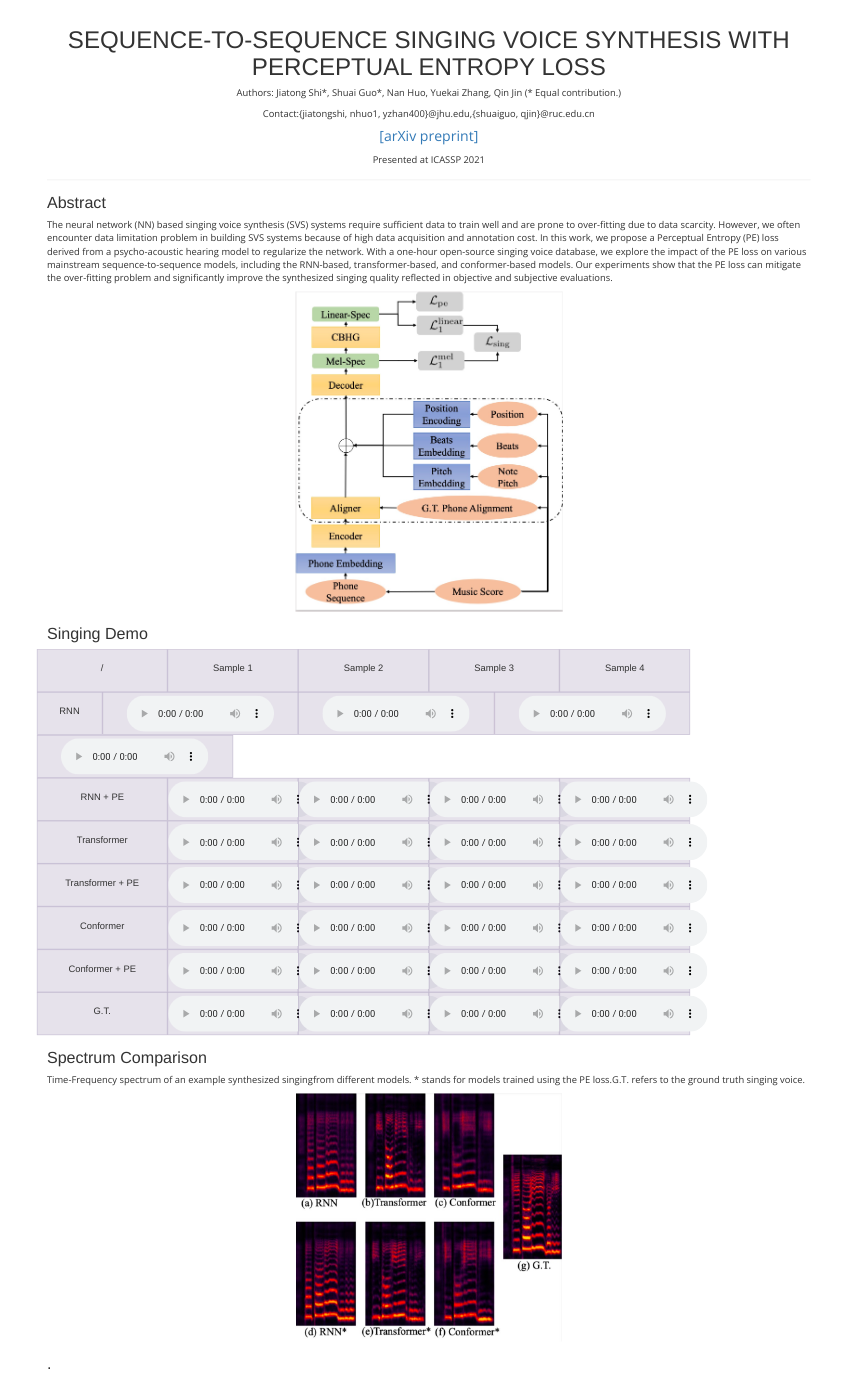
Repository: PeterGuoRuc/SVS_pe.github.io
Page: index.html
An editor plug-in stored every save of this project. The page is shown before and after the next save, followed by the edit.
The browser window is 1280 px wide. The pictures show the whole page, at 67% of full size.

Above is the page before, as saved 2021-06-06 20:22:44.

After the next save:
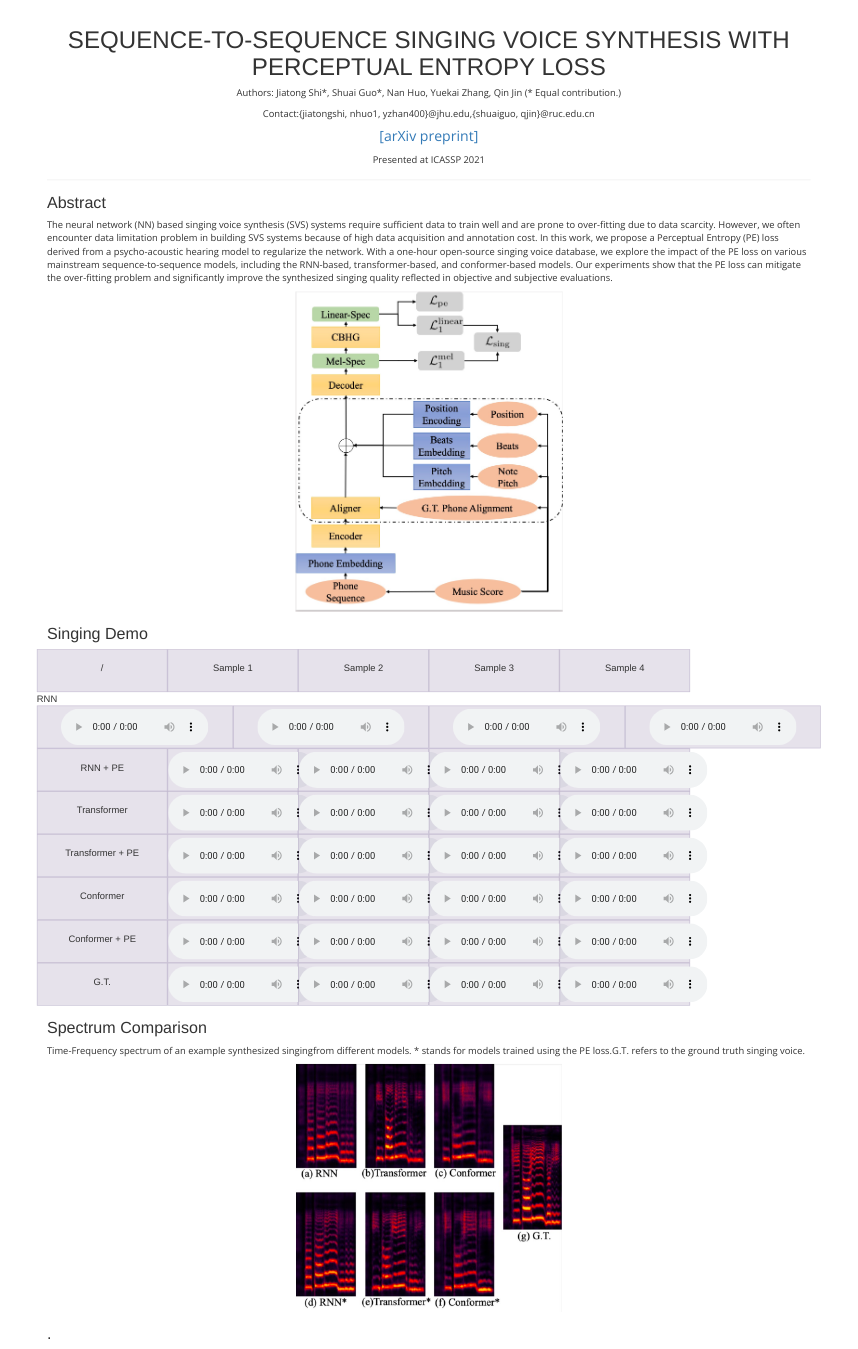
Saved 12 s later.
--- a/index.html
+++ b/index.html
@@ -73,7 +73,7 @@
         <div class="col-md-2">Sample 4</div>
       </div>
       <div class="row">
-        <div class="col-md-1">RNN</div>
+        <div>RNN</div>
         <div class="col-md-3"><audio src="files/rnn/3.wav" controls></audio></div>
         <div class="col-md-3"><audio src="files/rnn/6.wav" controls></audio></div>
         <div class="col-md-3"><audio src="files/rnn/7.wav" controls></audio></div>
